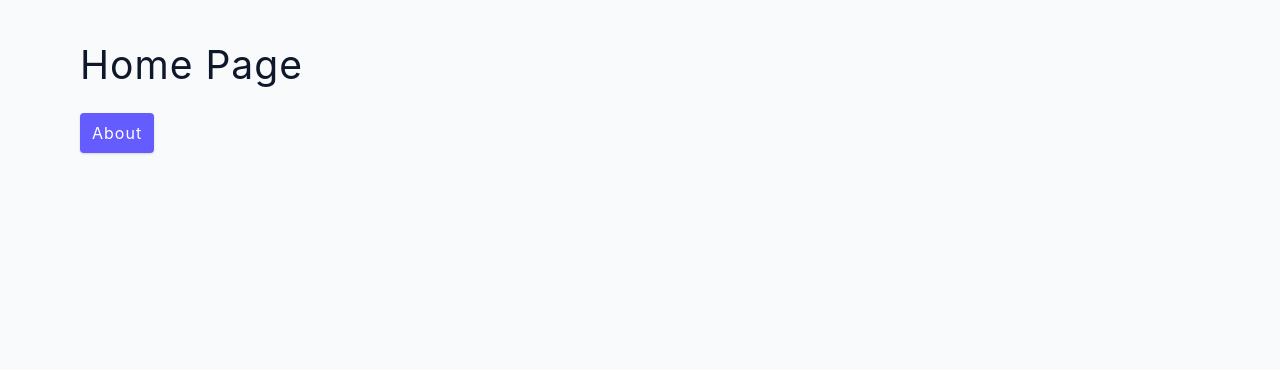
Repository: kennedyowusu/react-router-tutorial
Page: /dashboard
An editor plug-in stored every save of this project. The page is shown before and after the next save, followed by the edit.
The browser window is 1280 px wide. The pictures show the whole page.
The project was rebuilt for these pictures with package versions that can differ from the ones it lists, and the page was loaded fresh each time. Also part of the build but not shown: src/pages/About.js, src/pages/Products.js.

Above is the page before, as saved 2022-12-27 15:22:13.

After the next save:
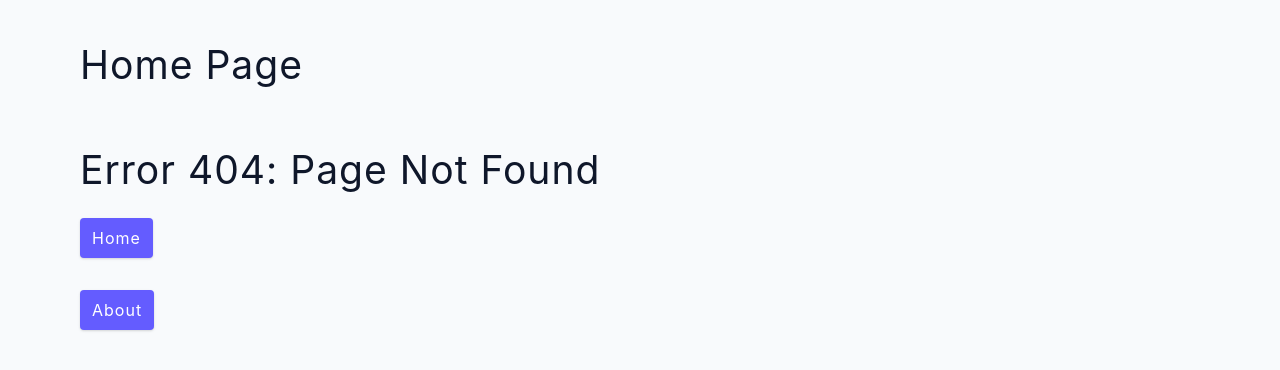
Saved 16 min 19 s later.
--- a/src/pages/Home.js
+++ b/src/pages/Home.js
@@ -1,9 +1,10 @@
-import { Link } from 'react-router-dom';
+import { Link, Outlet } from 'react-router-dom';
 
 const Home = () => {
   return (
     <section className='section'>
       <h2>Home Page</h2>
+      <Outlet />
       <Link to='/about' className='btn'> About </Link>
     </section>
   );
